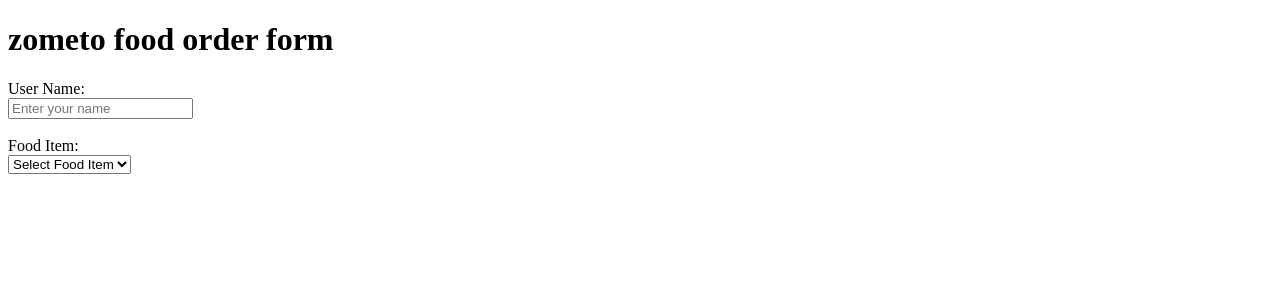
Repository: avishahir4812-crypto/Web-Development-Assignment
Page: session 3/task4.html
The author's editor kept a copy of each file at every save. The page is drawn from the files as they stood at one save, then again after the next save.
The browser window is 1280 px wide. The pictures show the whole page.

Above is the page before, as saved 2026-06-28 10:54:38.

### session 3/task4.html
<!DOCTYPE html>
<html lang="en">
<head>
    <meta charset="UTF-8">
    <meta name="viewport" content="width=device-width, initial-scale=1.0">
    <title>Document</title>
</head>
<body>
    <h1>zometo food order form</h1>
    <form action="" method="post">
        <label for="username">User Name:</label><br>
        <input
            type="text"
            id="username"
            name="username"
            placeholder="Enter your name"
            required>
        <br><br>
         <label for="food">Food Item:</label><br>
        <select id="food" name="food" required>
            <option value="" selected disabled>Select Food Item</option>
            <option value="Pizza">Pizza</option>
            <option value="Burger">Burger</option>
            <option value="Biryani">Biryani</option>
            <option value="Pasta">Pasta</option>
        </select>
        <br><br>
</body>
</html>

After the next save:
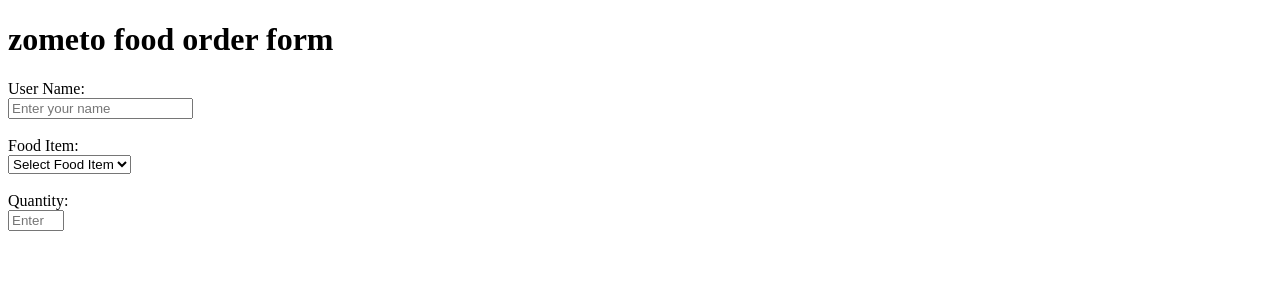
Saved 10 s later.
--- a/session 3/task4.html
+++ b/session 3/task4.html
@@ -25,5 +25,15 @@
             <option value="Pasta">Pasta</option>
         </select>
         <br><br>
+         <label for="quantity">Quantity:</label><br>
+        <input
+            type="number"
+            id="quantity"
+            name="quantity"
+            min="1"
+            max="10"
+            placeholder="Enter quantity"
+            required>
+        <br><br>
 </body>
 </html>
